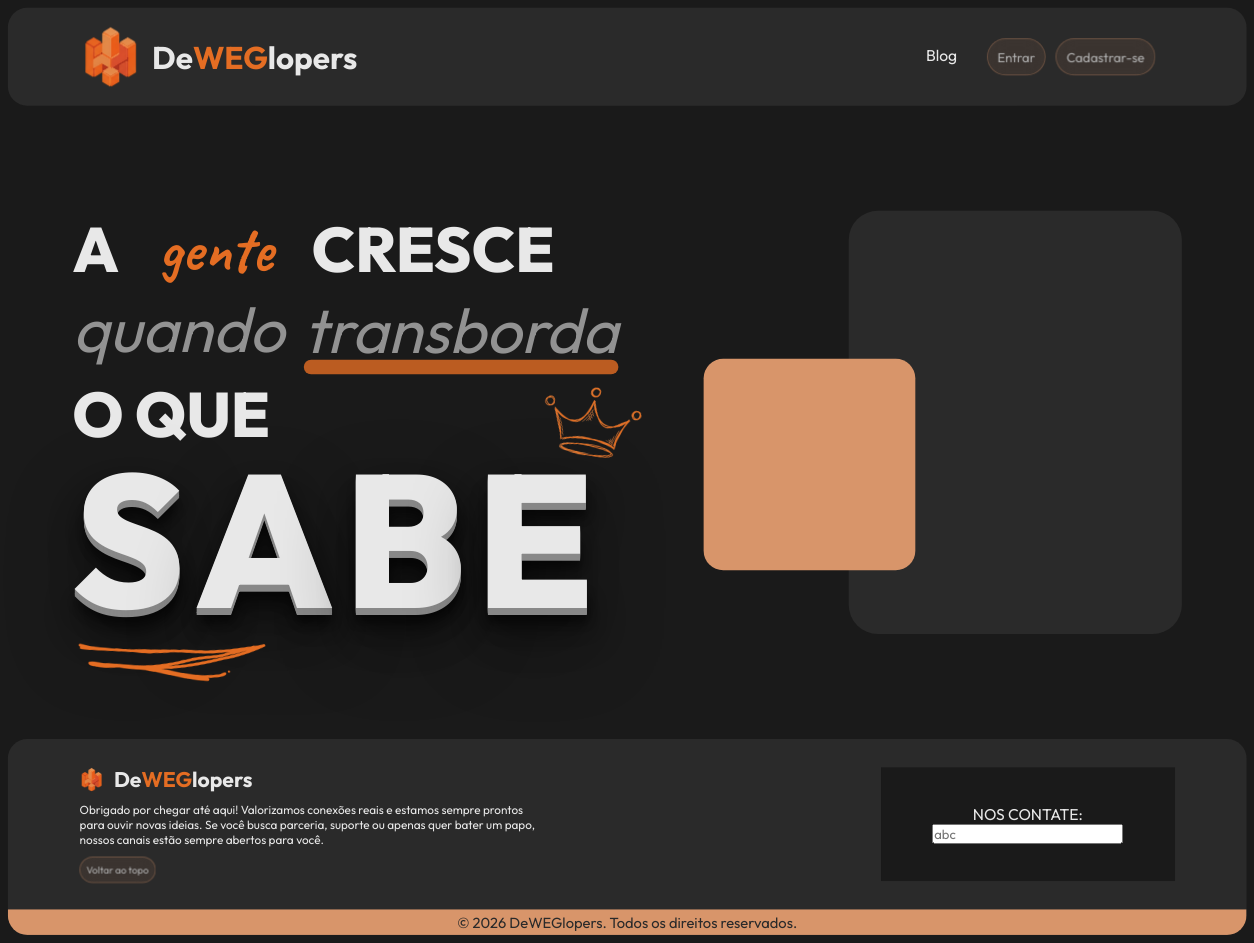
Repository: Pedro-Schulz/Projeto_Liandro
Page: Projeto_Liandro-main/index.html
The author's editor kept a copy of each file at every save. The page is drawn from the files as they stood at one save, then again after a run of saves.
The browser window is 1280 px wide. The pictures show the whole page, at 98% of full size.

Above is the page before, as saved 2026-05-20 18:27:20.

### Projeto_Liandro-main/index.html
<!DOCTYPE html>
<html lang="pt-br">
<head>
    <meta charset="UTF-8">
    <meta name="viewport" content="width=device-width, initial-scale=1.0">
    <title>Projeto Liandro</title>
    <link rel="stylesheet" href="assets/styles/style.css" type="text/css">
    <link rel="stylesheet" href="assets/styles/paleta.css" type="text/css">
    <script src="assets/js/animations.js" defer></script>

    <!--Link font-->
    <link rel="preconnect" href="https://fonts.googleapis.com">
    <link rel="preconnect" href="https://fonts.gstatic.com" crossorigin>
    <link href="https://fonts.googleapis.com/css2?family=Open+Sans:ital,wght@0,300..800;1,300..800&family=Outfit:wght@100..900&display=swap" rel="stylesheet">
    <link rel="preconnect" href="https://fonts.googleapis.com">
    <link rel="preconnect" href="https://fonts.gstatic.com" crossorigin>
    <link href="https://fonts.googleapis.com/css2?family=Caveat:wght@400..700&display=swap" rel="stylesheet">
</head>
<body>
<header>
    <div class="container">
        <div class="espaco_logo">
            <img src="assets/images/logo2.png">
            <h1>De<span>WEG</span>lopers</h1>
        </div>
        <div class="menu">
            <a link="">Blog</a>
        </div>
        <div class="div_login">
            <button>Entrar</button>
            <button>Cadastrar-se</button>
        </div>
    </div>
</header>

<div class="container">
    <section class="cont_init">
        <div class="frase">
            <h1 class="line1 reveal">A <span>gente</span> cresce</h1>
            <div class="line2 reveal"><h1>quando</h1><a>transborda</a></div>
            <h1 class="line3 reveal">o que</h1>
            <h1 class="line4 reveal">
                <img class="rabisco" src="assets/images/rabisco.png">
                <span>s</span>
                <span>a</span>
                <span>b</span>
                <span>e</span>
                <img class="coroa" src="assets/images/coroa.png">
            </h1>
        </div>
        <div class="conteudo_demo">
            <div class="aplicacao">

            </div>
            <div class="comentario">

            </div>
        </div>
    </section>

</div>

<footer>
    <div class="container">
        <div class="info">
            <div class="espaco_logo">
                <img src="assets/images/logo2.png">
                <h1>De<span>WEG</span>lopers</h1>
            </div>
            <p>Obrigado por chegar até aqui! Valorizamos conexões reais e estamos sempre prontos<br>
                para ouvir novas ideias. Se você busca parceria, suporte ou apenas quer bater um papo,<br>
                nossos canais estão sempre abertos para você.</p>
            <button onclick="window.scrollTo({top: 0, behavior: 'smooth'}); return false;">Voltar ao topo</button>
        </div>
        <div class="contato">
            <label for="campo_contato">NOS CONTATE:</label>
            <input id="campo_contato" type="text" placeholder="abc">
        </div>
    </div>
    <div class="copyrigth">© 2026 DeWEGlopers. Todos os direitos reservados.</div>
</footer>
</body>
</html>

### Projeto_Liandro-main/assets/styles/style.css
@import url('./paleta.css');

@keyframes expandirLinha {
    0% { width: 0; }
    100% { width: 100%; }
}
@keyframes afundar {
    0% {
        transform: translateY(0);
    }
    100% {
        transform: translateY(12px);
        text-shadow:
            0 1px 0 var(--text-tertiary),
            0 2px 0 var(--text-tertiary),
            1px 4px 5px rgba(0, 0, 0, 0.3);
    }
}

/* ============================================
   GERAL
============================================ */
* {
    box-sizing: border-box;
    margin: 0;
    padding: 0;
    font-family: "Outfit", sans-serif;
    color: var(--text-primary);
}

body {
    display: flex;
    flex-direction: column;
    background-color: var(--bg-primary);
}

a {
    position: relative;
    display: inline-block;
    text-decoration: none;
    color: inherit;
    padding-bottom: 5px;
    z-index: 1;
    cursor: pointer;
}

a::after {
    content: "";
    height: 3px;
    background-color: var(--color-orange);
    border-radius: 10px;
    position: absolute;
    bottom: 0;
    left: 0;
    z-index: -1;
    width: 0;
    transition: width 0.4s ease-in-out;
}

a:hover::after {
    width: 100%;
    transition: 0.5s ease-in-out;
}

.container {
    display: flex;
    justify-content: space-between;
    align-items: center;
    width: 90%;
    height: 100%;
    margin: 0 auto;
    padding: 10px;
}

button {
    padding: 10px;
    color: var(--text-secondary);
    background-color: rgba(216, 149, 106, 0.1);
    border-radius: var(--radius-button);
    border: 1px solid rgba(216, 149, 106, 0.3);
    backdrop-filter: blur(10px);
    cursor: pointer;
    transition: all 250ms ease-in-out;
    width: fit-content;
}

button:hover {
    background-color: rgba(216, 149, 106, 0.2);
    border-color: rgba(216, 149, 106, 0.5);
    box-shadow: 0 4px 8px rgba(0, 0, 0, 0.2);
    transform: scale(1.05);
}

button:active {
    transform: scale(0.95);
}

header,
footer {
    background-color: var(--bg-secondary);
    display: flex;
    align-items: center;
    width: auto;
    margin: 8px;
    border-radius: 20px;
}

input[color = "text"] {
    background-color: var(--color-light-gray);
    color: var(--text-dark);

}

/* ============================================
   HEADER
============================================ */
header {
height: 100px;
}

.espaco_logo {
    display: flex;
    align-items: center;
    justify-content: center;
    height: 80%;
    width: fit-content;
    gap: 10px;
}

.espaco_logo img {
    height: 100%;
    aspect-ratio: 1 / 1;
}

.espaco_logo h1 {
    margin: 0;
}

.espaco_logo h1 span {
    color: var(--color-orange);
}

.menu {
    display: flex;
    gap: 10px;
    margin: 0 30px 0 auto;
}

.div_login {
    display: flex;
    gap: 10px;
    margin-right: 20px;
}

/* ============================================
   FRASE DIV
============================================ */

.frase {
    display: flex;
    flex-direction: column;
    align-items: flex-start;
    gap: 12px;
    padding: 100px 0;
}

.frase h1 {
    font-size: 5vw;
    line-height: 0.9;
    margin: 0;
}

.line1 {
    display: flex;
    gap: 40px;
    font-weight: 800;
    text-transform: uppercase;
}

.line1 span {
    color: var(--color-orange);
    font-family: "Caveat", cursive;
    text-transform: lowercase;
}

.line2 {
    display: flex;
    align-items: center;
    justify-content: center;
    gap: 20px;
}

.line2 a::after {
    height: 15px;
}

.line2.reveal.active a::after {
    width: 100%;
    animation: expandirLinha 1.5s cubic-bezier(0.65, 0, 0.35, 1) forwards;
}

.line2 a,
.line2 h1 {
    font-size: 5vw;
    font-weight: 400;
    font-style: italic;
    opacity: 0.8;
    color: var(--text-secondary);
    text-decoration: none;
    position: relative;
    padding-bottom: 5px;
    text-transform: lowercase;
}

.line3 {
    text-transform: uppercase;
    font-weight: 800;
}

.frase .line4 {
    display: flex;
    gap: 10px;
    position: relative;
    font-size: 15vw;
    font-weight: 800;
    text-transform: uppercase;
    text-shadow:
        0 1px 0 var(--text-tertiary),
        0 2px 0 var(--text-tertiary),
        0 3px 0 var(--text-tertiary),
        0 4px 0 var(--text-tertiary),
        0 5px 0 var(--text-tertiary),
        0 6px 0 var(--text-tertiary),
        0 7px 0 var(--text-tertiary),
        0 8px 0 var(--text-tertiary),
        1px 15px 10px rgba(0, 0, 0, 0.4),
        1px 20px 20px rgba(0, 0, 0, 0.3),
        1px 25px 40px rgba(0, 0, 0, 0.3),
        1px 30px 80px rgba(0, 0, 0, 0.4);
}

.line4 span {
    display: inline-block;
    transition: all 0.2 ease;
}

.line4 span:hover {
    animation: afundar 0.7s ease-out forwards;
}

.line4 .rabisco {
    height: 200px;
    width: auto;
    position: absolute;
    top: 65%;
    transform: rotate(5deg);
}

.line4 .coroa {
    height: 100px;
    width: auto;
    position: absolute;
    left: 90%;
    bottom: 90%;
    transform: rotate(10deg);
}

/* ============================================
   CONTEÚDO INÍCIO
============================================ */
.cont_init {
    display: flex;
    align-items: center;
    justify-content: space-between;
    height: auto;
    width: 100%;
}
.conteudo_demo {
    height: 60vh;
    width: 30%;
    border-radius: 30px;
    background-color: var(--bg-secondary);
    position: relative;
}
.aplicacao {
    width: 100%;
    height: 100%;
}
.comentario {
    height: 30vh;
    aspect-ratio: 1 / 1;
    position: absolute;
    bottom: 15%;
    right: 80%;
    background-color: var(--color-warm-orange);
    border-radius: 20px;
}

/* ============================================
   FOOTER
============================================ */
footer {
    display: flex;
    flex-direction: column;
    height: 200px;
    overflow: hidden;
}
footer .info {
    display: flex;
    flex-direction: column;
    gap: 10px;
}
footer .espaco_logo img {
    height: 25px;
    width: auto;
}
footer .espaco_logo h1 {
    font-size: 3vh;
}
footer button {
    font-size: 10px;
    padding: 6px;
}
footer p {
    font-size: 12px;
}
footer .contato {
    background-color: var(--bg-primary);
    height: 75%;
    width: 300px;
    display: flex;
    flex-direction: column;
    align-items: center;
    justify-content: center;
}
.copyrigth {
    height: 30px;
    width: 100%;
    margin-top: auto;
    background-color: var(--color-warm-orange);
    color: var(--text-dark);
    display: flex;
    align-items: center;
    justify-content: center;
    font-size: 15px;
}

/* ============================================
   EFECTS
============================================ */
.reveal {
    opacity: 0;
    transform: translateX(-20px);
    transition: all 0.8s ease-out;
}

.reveal.active {
    opacity: 1;
    transform: translateX(0);
}

### Projeto_Liandro-main/assets/styles/paleta.css
:root {
  /* ============================================
     CORES PRINCIPAIS - LARANJA
     ============================================ */
  --color-warm-orange: #d8956a;
  --color-orange: #e46d23;

  /* ============================================
     CORES PRINCIPAIS - NEUTROS (Preto/Cinza)
     ============================================ */
  --color-charcoal-black: #1a1a1a;
  --color-dark-gray: #2a2a2a;
  --color-medium-gray: #4a4a4a;
  --color-light-gray: #e8e8e8;

  /* ============================================
     BACKGROUNDS
     ============================================ */
  --bg-primary: #1a1a1a;
  --bg-secondary: #2a2a2a;
  --bg-tertiary: #4a4a4a;

  /* ============================================
     TEXTOS
     ============================================ */
  --text-primary: #e8e8e8;
  --text-secondary: #b0b0b0;
  --text-tertiary: #888888;
  --text-dark: #2a2a2a;

  /* ============================================
     ACCENTS & DESTAQUES
     ============================================ */
  --accent-primary: #d8956a;
  --accent-secondary: #e8b89a;
  --accent-hover: #c07d52;
  --accent-active: #a86844;

  /* ============================================
     SEMANTIC COLORS
     ============================================ */
  --color-success: #6db584;
  --color-warning: #e8a547;
  --color-error: #c85a54;
  --color-info: #5b8fb8;

  /* ============================================
     BORDERS & DIVIDERS
     ============================================ */
  --border-color: #3d3d3d;
  --border-light: #5d5d5d;
  --divider: #2a2a2a;

  /* ============================================
     SHADOWS
     ============================================ */
  --shadow-sm: 0 2px 4px rgba(0, 0, 0, 0.3);
  --shadow-md: 0 4px 8px rgba(0, 0, 0, 0.4);
  --shadow-lg: 0 8px 16px rgba(0, 0, 0, 0.5);
  --shadow-xl: 0 12px 24px rgba(0, 0, 0, 0.6);

  /* ============================================
     TRANSITIONS
     ============================================ */
  --transition-fast: 150ms ease-in-out;
  --transition-base: 250ms ease-in-out;
  --transition-slow: 350ms ease-in-out;

  /* ============================================
     BORDER RADIUS
     ============================================ */
  --radius-sm: 4px;
  --radius-md: 8px;
  --radius-lg: 12px;
  --radius-xl: 16px;
  --radius-button: 30px;
  --radius-full: 9999px;

  /* ============================================
     SPACING
     ============================================ */
  --space-xs: 4px;
  --space-sm: 8px;
  --space-md: 16px;
  --space-lg: 24px;
  --space-xl: 32px;
  --space-2xl: 48px;

/* ============================================
   RESPONSIVE
   ============================================ */

@media (max-width: 768px) {
  h1 {
    font-size: 2rem;
  }

  h2 {
    font-size: 1.5rem;
  }

  h3 {
    font-size: 1.25rem;
  }

  .btn {
    padding: 8px 16px;
    font-size: 0.95rem;
  }

  .card {
    padding: var(--space-md);
  }
}

/* ============================================
   KEYFRAMES
   ============================================ */
}

### Projeto_Liandro-main/assets/js/animations.js
const observer = new IntersectionObserver((entries) => {
    entries.forEach(entry => {
        if (entry.isIntersecting) {
            // Adiciona a classe quando entra na tela
            entry.target.classList.add('active');
        } else {
            // Opcional: remove a classe para animar de novo ao subir a página
            entry.target.classList.remove('active');
        }
    });
}, { threshold: 0.1 }); // Dispara quando 10% do item estiver visível

// Seleciona todos os itens que você quer animar
document.querySelectorAll('.reveal').forEach(el => observer.observe(el));

const elements = document.querySelectorAll('.reveal');
elements.forEach(el => observer.observe(el));

// --- Página Login ---

After the next 2 saves:
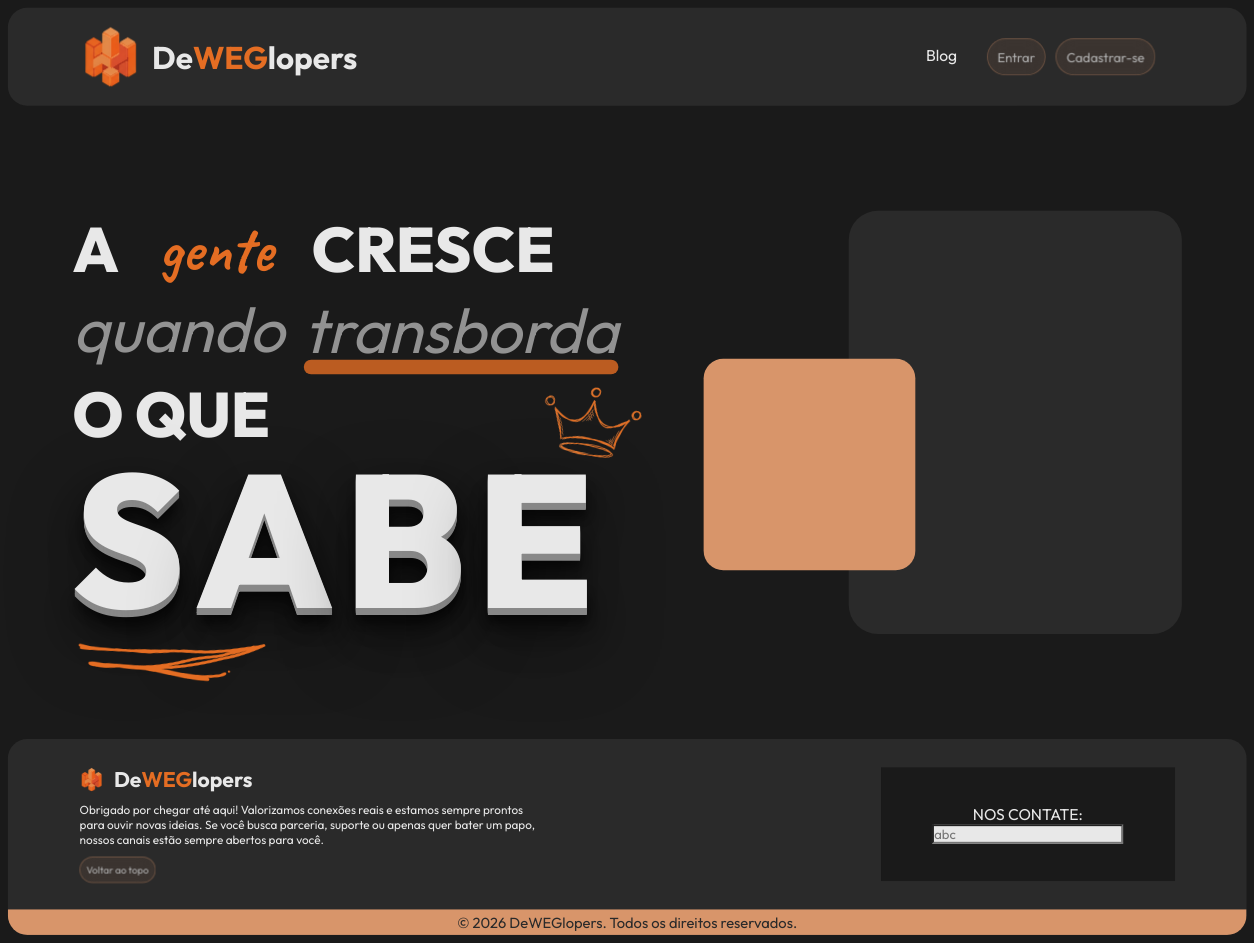
The 2 saves are shown as one change because they came seconds apart.
The last was saved 20 s later.
--- a/Projeto_Liandro-main/assets/styles/style.css
+++ b/Projeto_Liandro-main/assets/styles/style.css
@@ -105,7 +105,7 @@ footer {
     border-radius: 20px;
 }
 
-input[color = "text"] {
+input[type="text"] {
     background-color: var(--color-light-gray);
     color: var(--text-dark);
 
